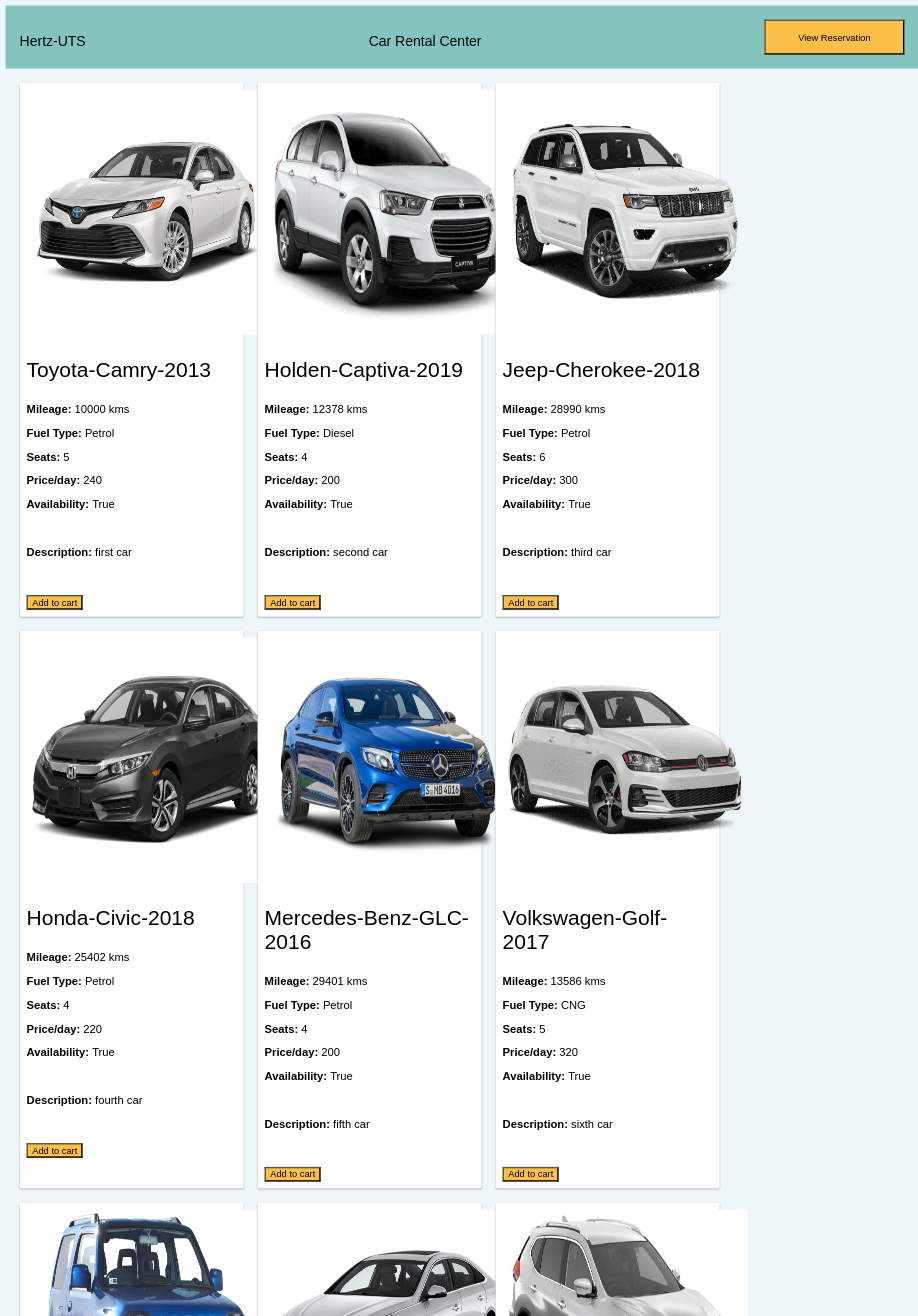
Repository: michtnt/POI-Hertz
Page: index.html
The author's editor kept a record of every edit. The page is drawn from the files as they stood at one moment, then again after the next edit.
The browser window is 1280 px wide. The page is 1312 px wide, so the pictures cover 1312 px, including what lies to the right of the window. The pictures show the part of the page from y = 0 to 1880 px (the page is 3284 px tall), at 70% of full size.

Above is the page before.

After the next edit:
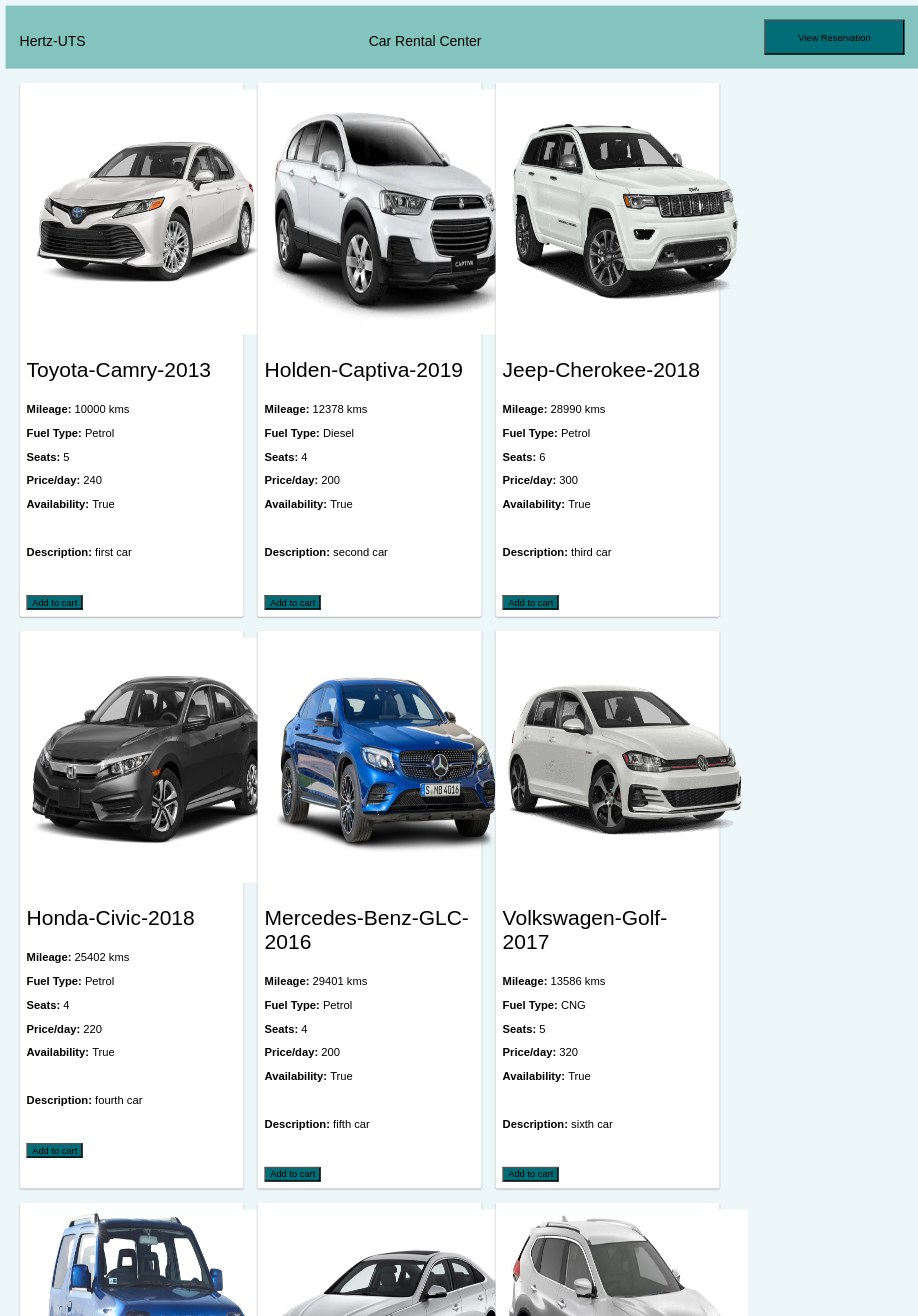
The edit:
--- a/index.css
+++ b/index.css
@@ -16,7 +16,7 @@
 }
 
 .button{
-  background-color: #fcbf49;
+  background-color: #006d77;
 
 }
 
